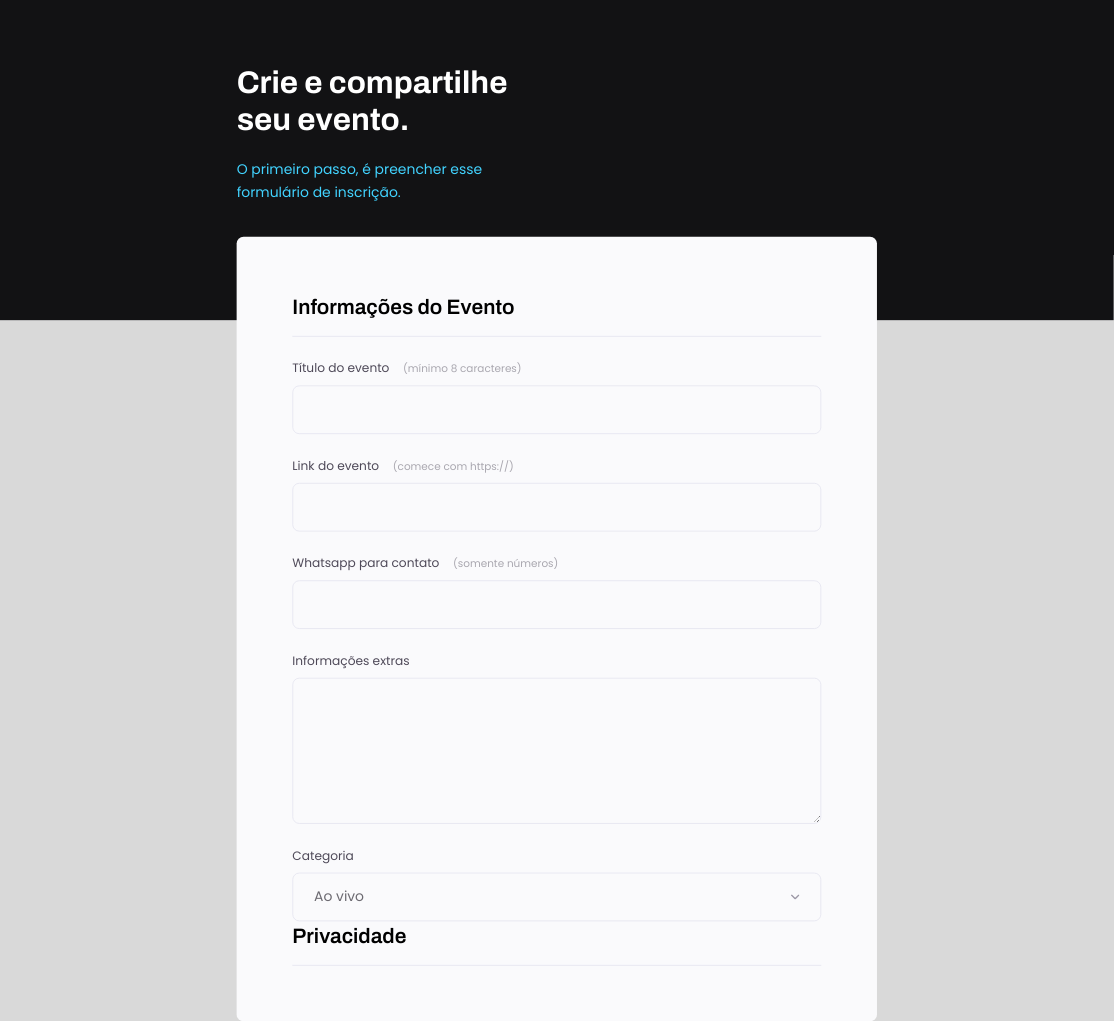
Repository: devMuriloOliveira/Formulario
Page: index.html
These files come from the project's save history. The page is drawn as it stood at one moment and after the next save; the edit follows.
The browser window is 1280 px wide. The pictures show the whole page, at 87% of full size.

Above is the page before, as saved 2023-11-02 21:02:55.

After the next save:
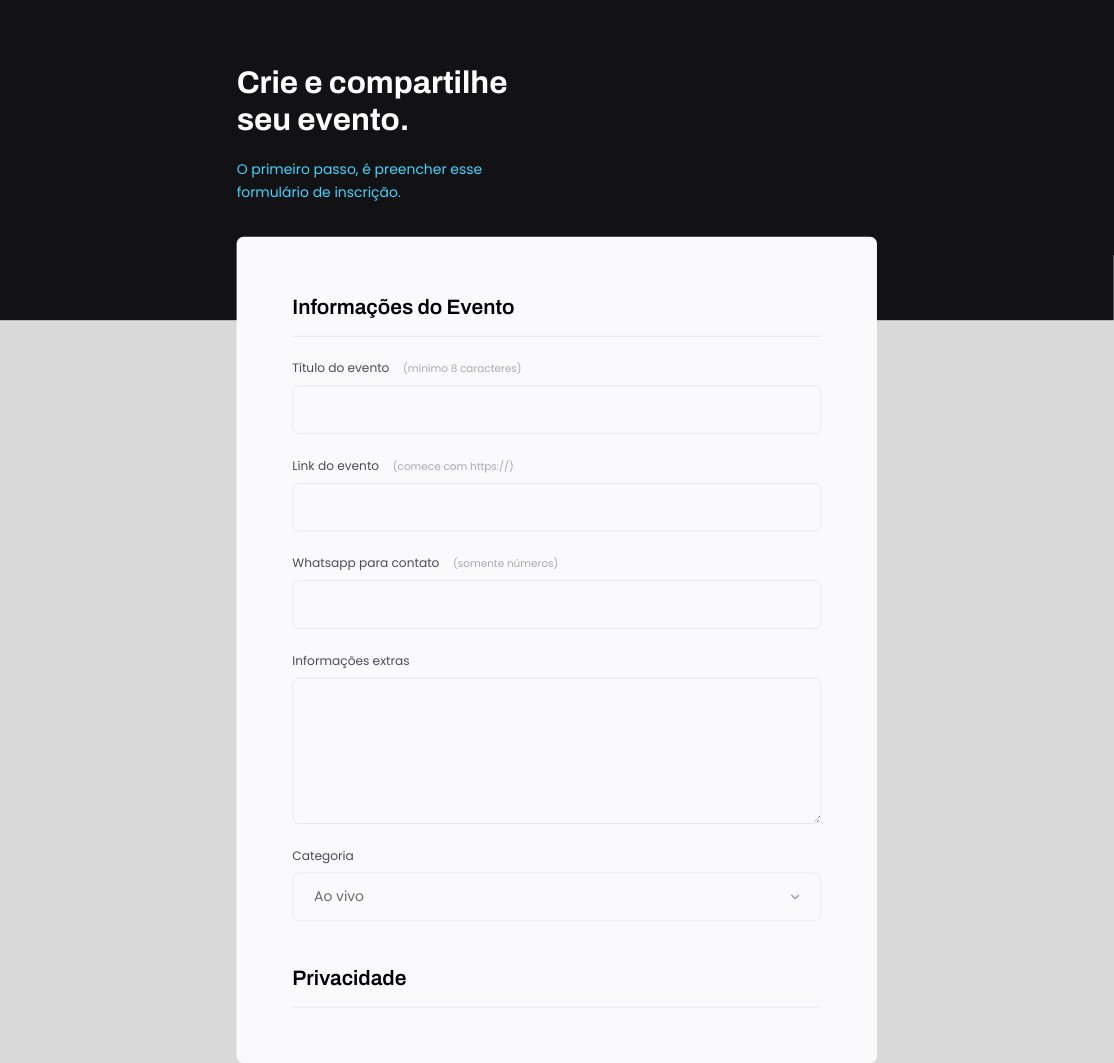
Saved 2 min 33 s later.
--- a/style.css
+++ b/style.css
@@ -60,6 +60,10 @@ form{
   min-height: 300px;
 
   padding: 64px;
+
+  display: flex;
+  flex-direction: column;
+  gap: 48px;
 }
 
 fieldset{
